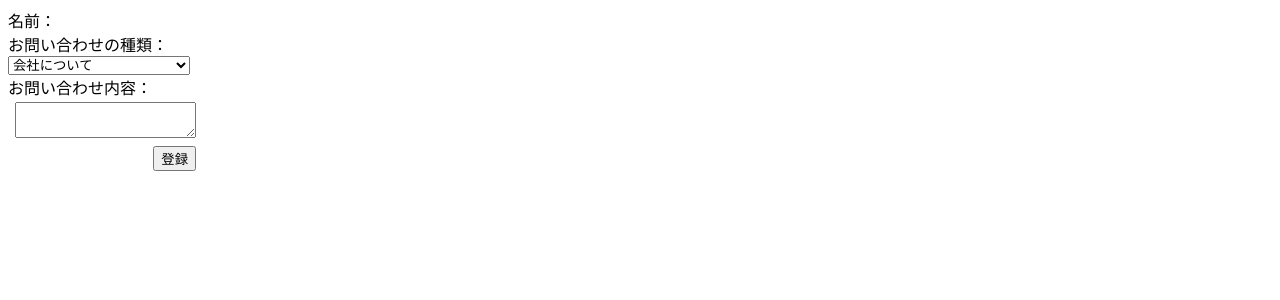
Repository: maifujii/test
Page: http://localhost/WebProj3/InquiryAction.action
These files come from the project's save history. The page is drawn as it stood at one moment and after the next save; the edit follows.
The browser window is 1280 px wide. The pictures show the whole page.
The page is served by Tomcat 9. Other server files are loaded and not shown.

Above is the page before, as saved 2018-07-27 10:11:11.

### WebProj3/WebContent/inquiry.jsp
<%@ page language="java" contentType="text/html; charset=UTF-8"
    pageEncoding="UTF-8"%>
    <%@ taglib prefix="s" uri="/struts-tags" %>
<!DOCTYPE html>
<html>
<head>
<meta charset="UTF-8">
<title>お問い合わせフォーム</title>
</head>
<body>
	<s:form method="post" action="InquiryCompleteAction">
		名前：<imput type="text" name="name"/><br>
		お問い合わせの種類：<br>
		<select name="qtype">
			<option value="company">会社について</option>
			<option value="product">製品について</option>
			<option value="support">アフターサポートについて</option>
		</select>
		<br>
		お問い合わせ内容：
		<s:textarea name="body"/>
		<br><s:submit value="登録"/>
	</s:form>
</body>
</html>

After the next save:
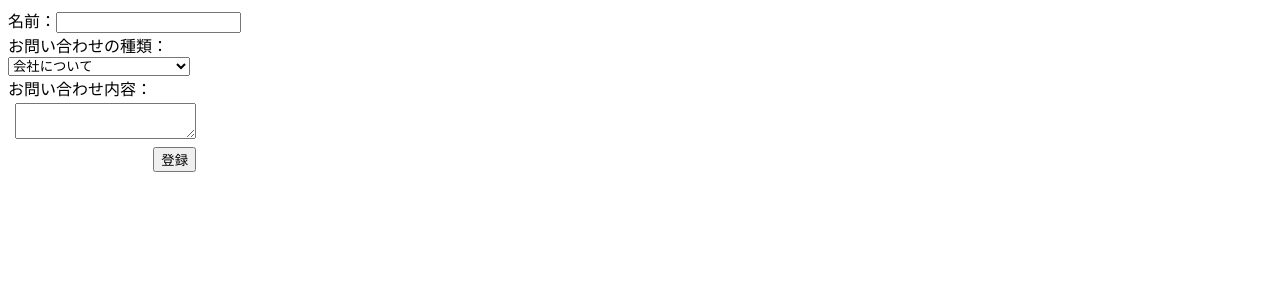
Saved 11 s later.
--- a/WebProj3/WebContent/inquiry.jsp
+++ b/WebProj3/WebContent/inquiry.jsp
@@ -9,7 +9,7 @@
 </head>
 <body>
 	<s:form method="post" action="InquiryCompleteAction">
-		名前：<imput type="text" name="name"/><br>
+		名前：<input type="text" name="name"/><br>
 		お問い合わせの種類：<br>
 		<select name="qtype">
 			<option value="company">会社について</option>
